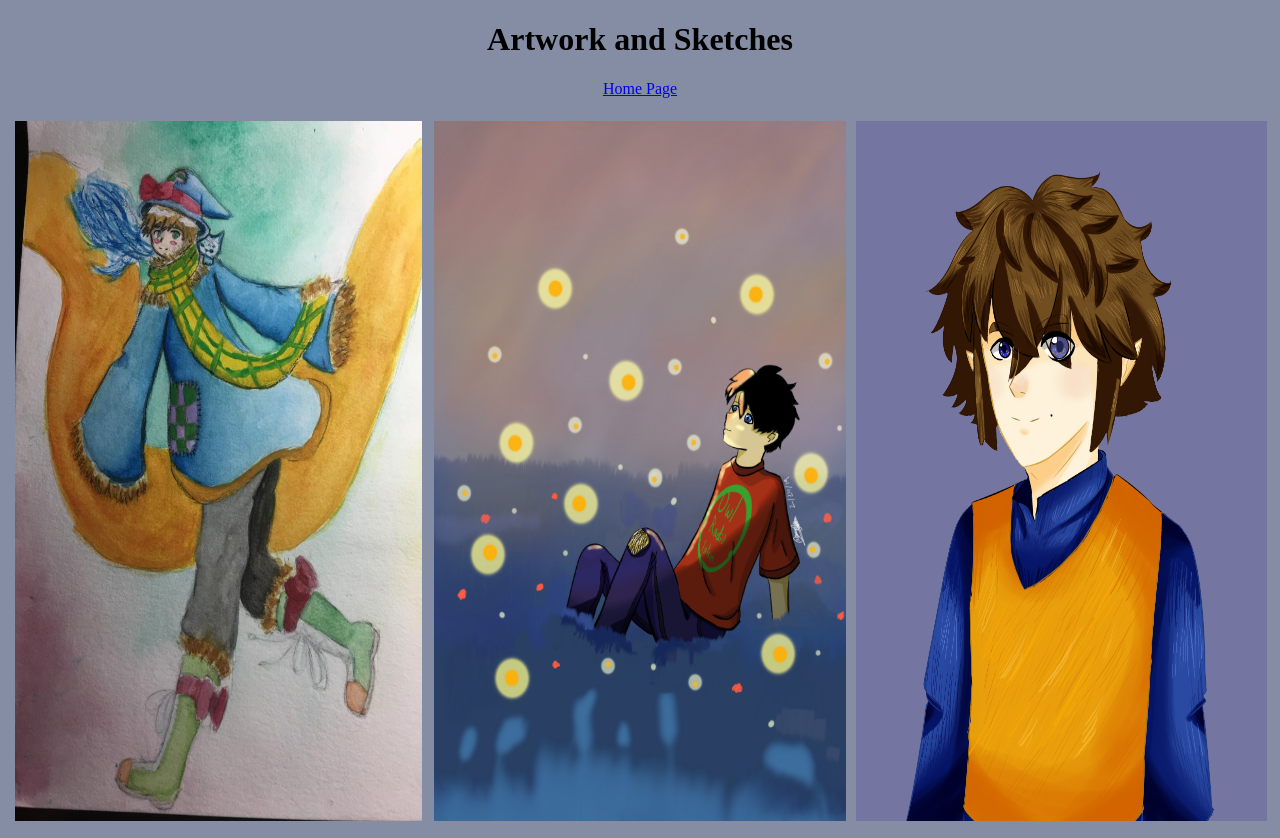
Repository: MaiJun21/MaiJun21.github.io
Page: drawings and artwork.html
The author's editor kept a record of every edit. The page is drawn from the files as they stood at one moment, then again after the next edit.
The browser window is 1280 px wide. The pictures show the whole page.

Above is the page before.

After the next edit:
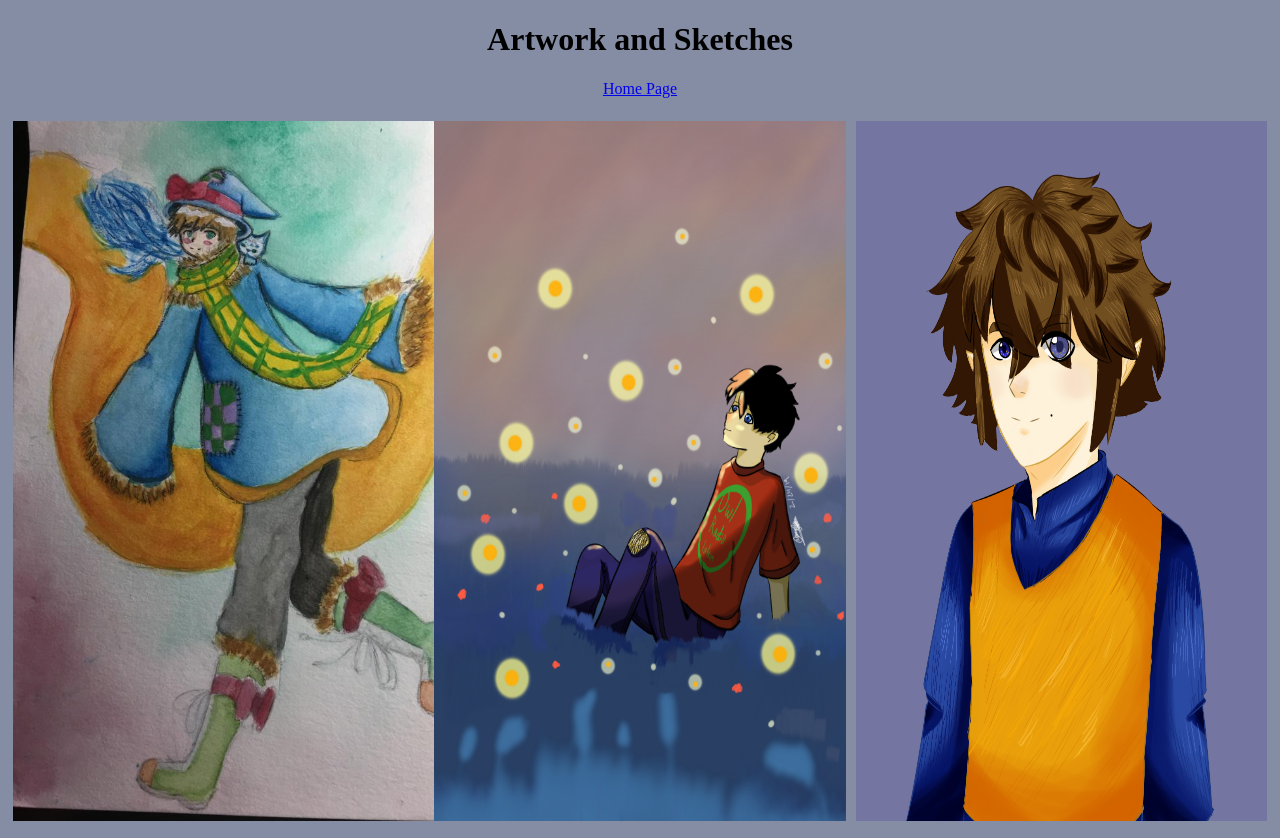
The edit:
--- a/drawings and artwork.html
+++ b/drawings and artwork.html
@@ -40,7 +40,7 @@
 
 <div class="row">
   <div class="column">
-    <img src="images/scarecrow_as_wizard.jpg" alt="Drawing of Scarecrow from Wizard of Oz as an rpg magic class" width="500" height="700" style="width:99%">
+    <img src="images/scarecrow_as_wizard.jpg" alt="Drawing of Scarecrow from Wizard of Oz as an rpg magic class" width="500" height="700" style="width:%">
   </div>
   <div class="column">
     <img img src="images/fairy_lights.png" alt="Fairy Lights" width="500" height="700" style="width:100%">
